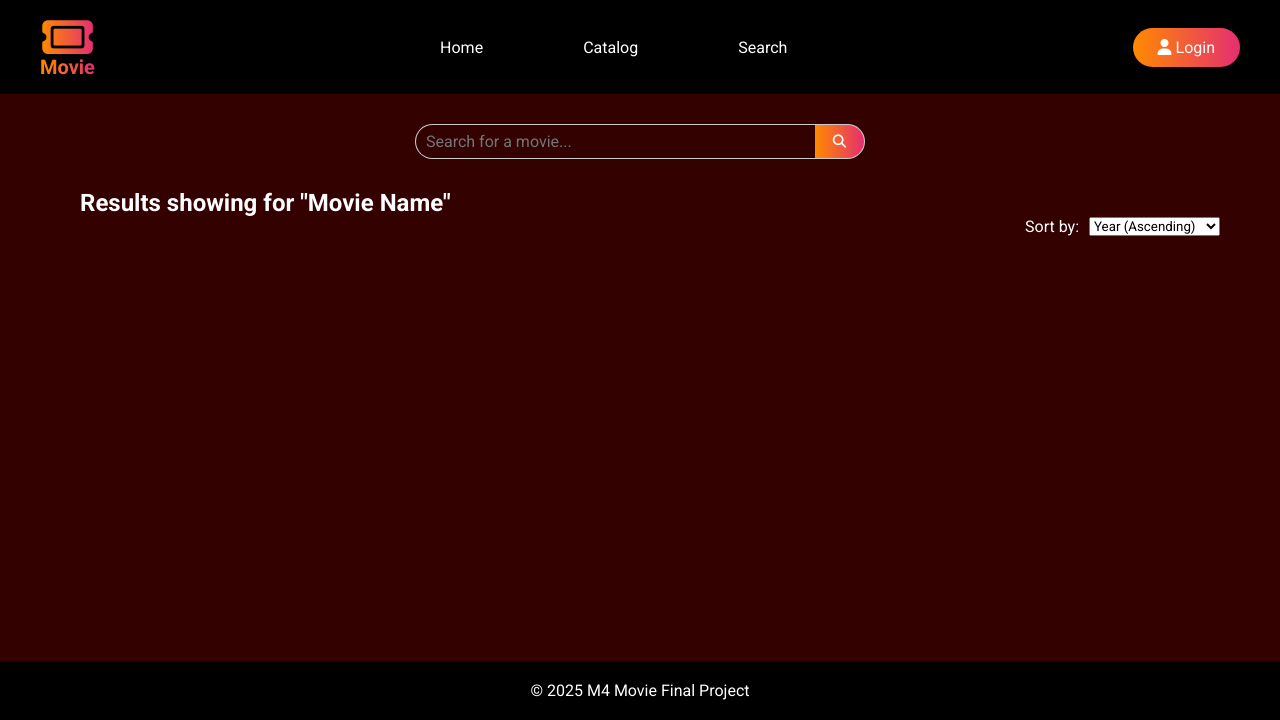
Repository: avivanguyen/m4_movie-FinalProject
Page: index.html
These files come from the project's save history. The page is drawn as it stood at one moment and after a run of saves; the edit follows.
The browser window is 1280 px wide. The pictures show the whole page.
Some web libraries are served in a nearby version.

Above is the page before, as saved 2025-12-30 08:02:54.

After the next 2 saves:
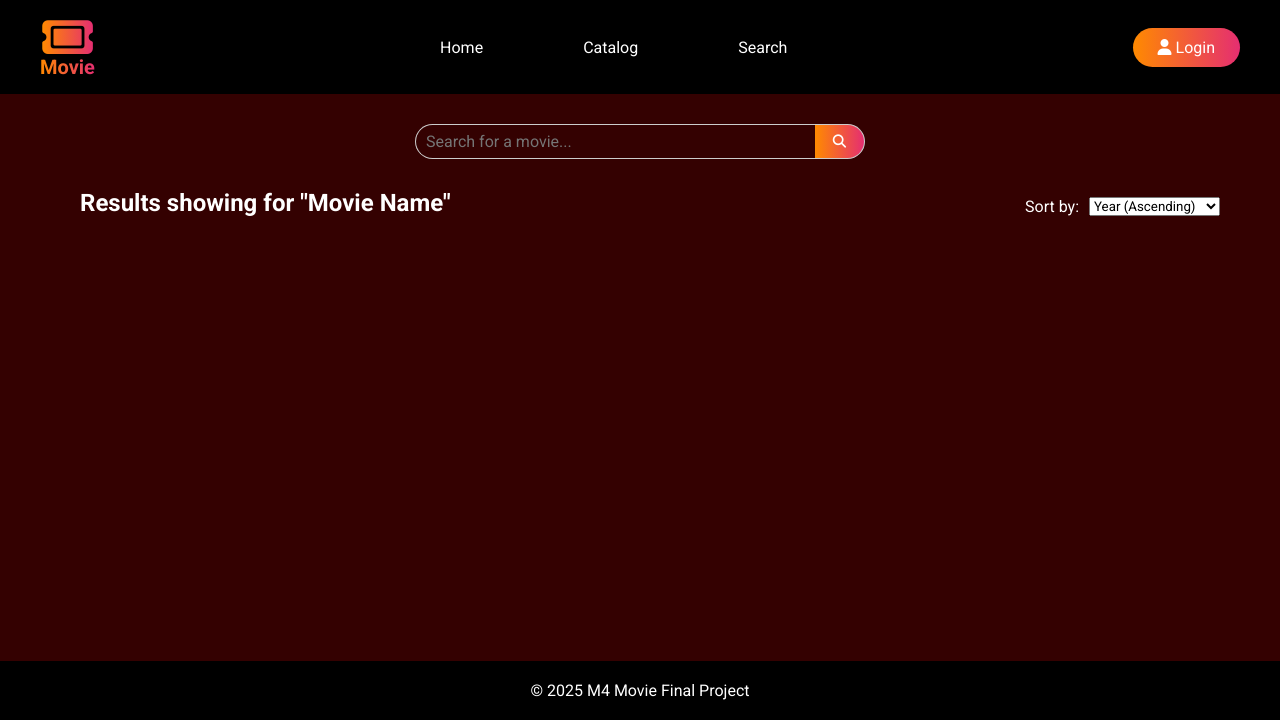
The 2 saves are shown as one change because they came seconds apart.
The last was saved 7 s later.
--- a/styles.css
+++ b/styles.css
@@ -156,7 +156,7 @@ SEARCH STYLES
     display: flex;
     justify-content: flex-end;
     align-items: center;
-    margin-top: -40px;
+    margin-top: -60px;
 }
 
 /*
